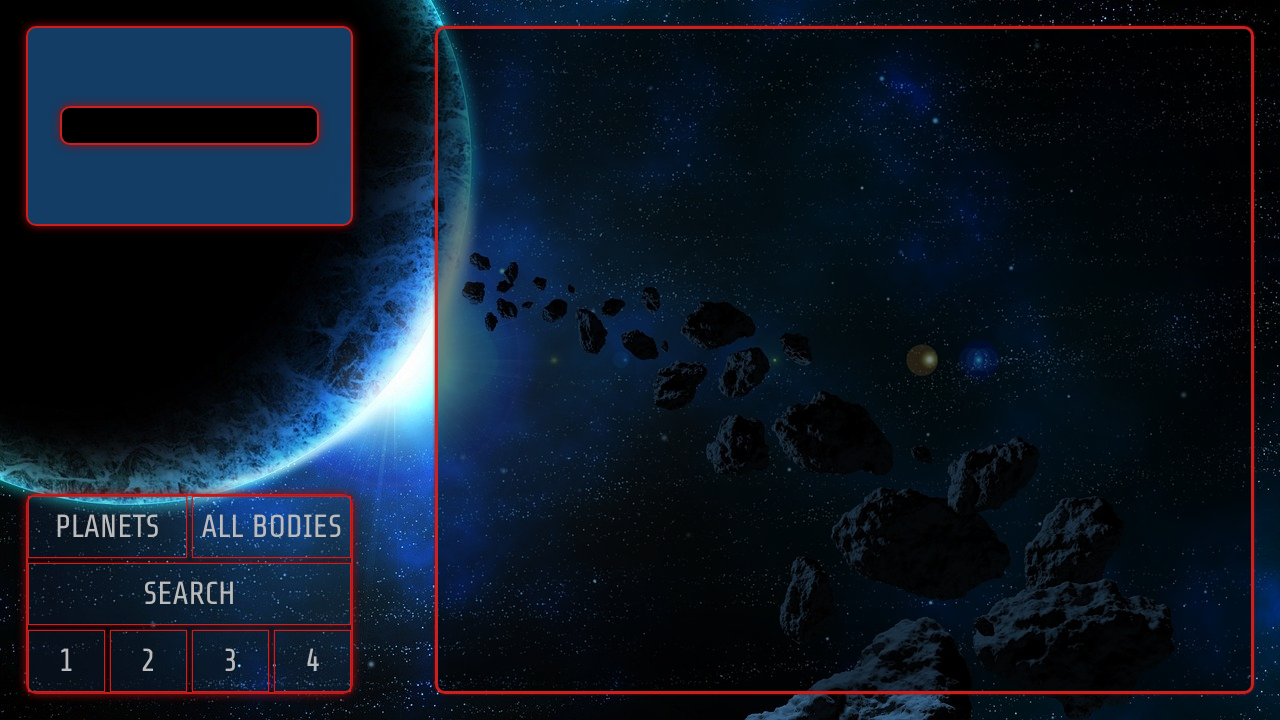
Repository: Przemek-Szadkowski/space-bodies
Page: /
An editor plug-in stored every save of this project. The page is shown before and after a run of saves, followed by the edit.
The browser window is 1280 px wide. The pictures show the whole page.
The page's requests for data from a server got no answer. The project was rebuilt for these pictures with package versions that can differ from the ones it lists, and the page was loaded fresh each time. No one was signed in, and anything a server would have sent is missing. Also part of the build but not shown: src/components/BodieRecord.js.

Above is the page before, as saved 2021-11-27 15:05:31.

After the next 2 saves:
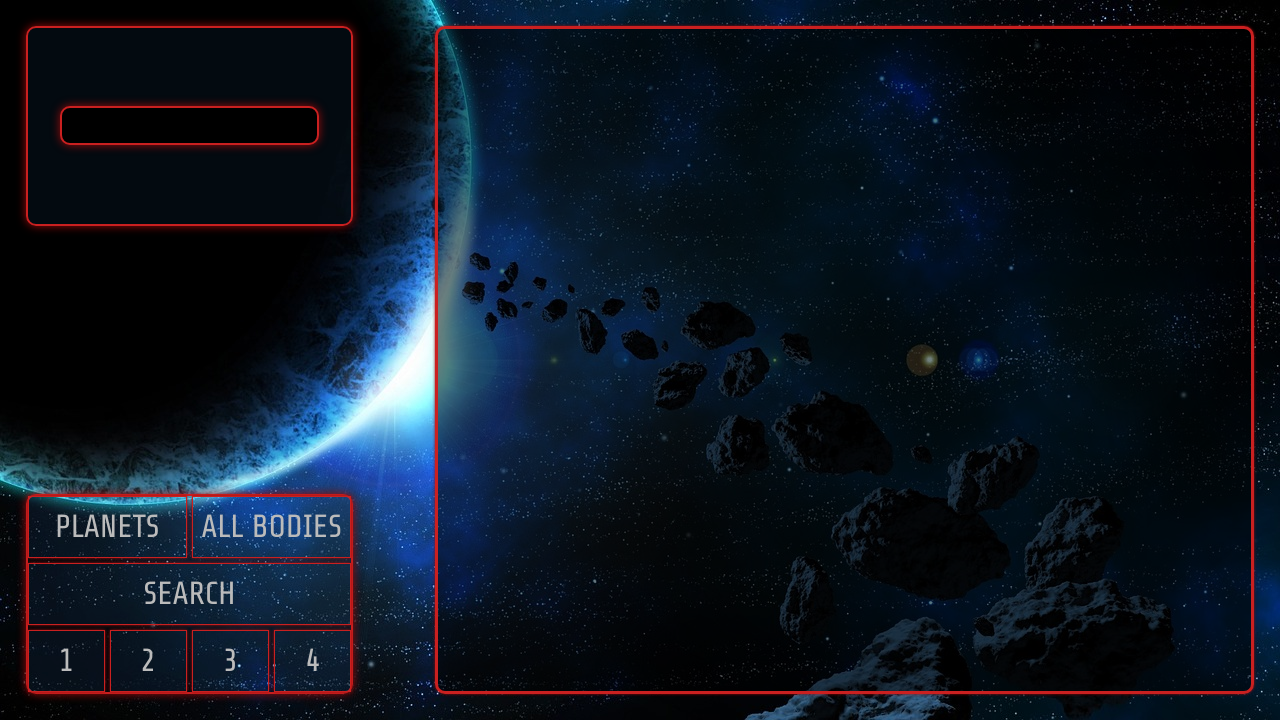
The 2 saves are shown as one change because they came seconds apart.
The last was saved 10 s later.
--- a/src/index.css
+++ b/src/index.css
@@ -157,7 +157,7 @@ main {
   border: 2px solid rgb(202, 32, 32);
   border-radius: 10px;
   box-shadow: 0 0 10px rgb(155, 11, 11);
-  background-color: rgba(39, 123, 201, 0.5);
+  background-color: rgba(39, 123, 201, 0.08);
 }
 
 .search input {
